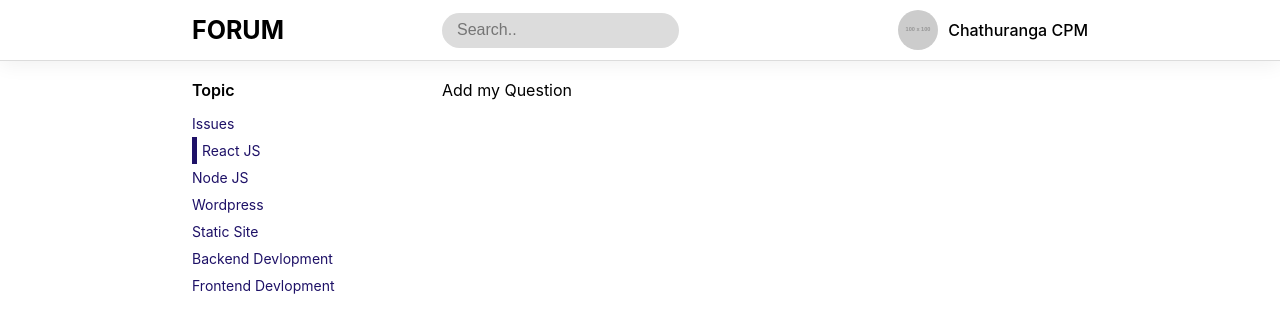
Repository: ChathurangaCPM/developer-forum
Page: / (app in client/)
These files come from the project's save history. The page is drawn as it stood at one moment and after the next save; the edit follows.
The browser window is 1280 px wide. The pictures show the whole page.
The project was rebuilt for these pictures with package versions that can differ from the ones it lists, and the page was loaded fresh each time.

Above is the page before, as saved 2022-05-09 21:14:02.

### client/public/index.html
<!DOCTYPE html>
<html lang="en">
  <head>
    <meta charset="utf-8" />
    <link rel="icon" href="%PUBLIC_URL%/favicon.ico" />
    <meta name="viewport" content="width=device-width, initial-scale=1" />
    <meta name="theme-color" content="#000000" />
    <meta
      name="description"
      content="Web site created using create-react-app"
    />
    <link rel="apple-touch-icon" href="%PUBLIC_URL%/logo192.png" />
    <link rel="manifest" href="%PUBLIC_URL%/manifest.json" />

    <title>React App</title>
  </head>
  <body>
    <noscript>You need to enable JavaScript to run this app.</noscript>
    <div id="root"></div>

  </body>
</html>

### client/src/App.js
import MainHeader from "./components/MainHeader/MainHeader";
import SideBar from "./components/SideBar/SideBar";
import './App.min.css';
import AddQuestion from "./components/AddQuestion/AddQuestion";

function App() {
	return (
		<div className="main_wrapper">
			<MainHeader/>
			<div className="wrap_inner_data">
				<div className="side_bar">
					<SideBar/>
				</div>
				<div className="main_content_area">
					<AddQuestion/>
				</div>
			</div>
		</div>
	);
}

export default App;

### client/src/components/MainHeader/MainHeader.js
import React from 'react';
import { Link } from 'react-router-dom';
import '../../scss/componets/MainHeader/MainHeader.min.css';

function MainHeader() {
	return (
		<div className="main_header">
			<div className="wrap_middle">

				<div className="main_logo">
					<span>FORUM</span>
				</div>


				<div className="search_form">
					<form method="">
						<input type="search" placeholder="Search.."/>
					</form>
				</div>

				<div className="user_pro">
					<img src="//dummyimage.com/100x100/000/fff"/>
					<span>Chathuranga CPM</span>
				</div>
			</div>
		</div>
	);
}

export default MainHeader;

### client/src/components/SideBar/SideBar.js
import '../../scss/componets/SideBar/SideBar.min.css';

function SideBar() {
	return (
		<div className="main_sidebar_wrapper">
			<div className="menu_area">
				<span className="title">Topic</span>
                <ul>
                    <li>Issues</li>
                    <li className="active">React JS</li>
                    <li>Node JS</li>
                    <li>Wordpress</li>
                    <li>Static Site</li>
                    <li>Backend Devlopment</li>
                    <li>Frontend Devlopment</li>
                </ul>
            </div>
		</div>
	);
}

export default SideBar;

### client/src/App.min.css
:root{--primary-color: rgb(30, 17, 103);--secondary-color: #ddd;--border-color: #dcdcdc}.main_wrapper{padding-top:80px}.main_wrapper .wrap_inner_data{display:-webkit-box;display:-ms-flexbox;display:flex;-ms-flex-wrap:wrap;flex-wrap:wrap;max-width:70%;margin:0 auto}.main_wrapper .wrap_inner_data .side_bar{width:250px}.main_wrapper .wrap_inner_data .main_content_area{width:calc(100% - 250px)}img{width:100%}

### client/src/components/AddQuestion/AddQuestion.js

function AddQuestion() {
	return (
		<div className="AddQuestion_wrapper">
			Add my Question
		</div>
	);
}

export default AddQuestion;

### client/src/scss/componets/MainHeader/MainHeader.min.css
.main_header{padding:10px 0;border-bottom:1px solid var(--border-color);-webkit-box-shadow:0px 4px 20px 0px rgba(0,0,0,0.06);box-shadow:0px 4px 20px 0px rgba(0,0,0,0.06);position:fixed;top:0;width:100%;z-index:10px;background:#fff}.main_header .wrap_middle{max-width:70%;margin:0 auto;display:-webkit-box;display:-ms-flexbox;display:flex;-webkit-box-align:center;-ms-flex-align:center;align-items:center}.main_header .wrap_middle .main_logo{width:250px}.main_header .wrap_middle .main_logo span{font-size:25px;font-weight:bold;text-transform:uppercase}.main_header .wrap_middle .search_form{width:calc(100% - 500px)}.main_header .wrap_middle .search_form input{border:none;font-size:16px;line-height:16px;height:35px;border-radius:20px;outline:none;background:var(--border-color);padding:0 15px}.main_header .wrap_middle .user_pro{width:250px;display:-webkit-box;display:-ms-flexbox;display:flex;-webkit-box-align:center;-ms-flex-align:center;align-items:center;-webkit-box-pack:end;-ms-flex-pack:end;justify-content:flex-end}.main_header .wrap_middle .user_pro img{width:40px;height:40px;border-radius:100%;overflow:hidden}.main_header .wrap_middle .user_pro span{padding-left:10px;font-weight:500}

### client/src/scss/componets/SideBar/SideBar.min.css
.main_sidebar_wrapper .menu_area span.title{font-weight:600;display:block;margin-bottom:10px}.main_sidebar_wrapper .menu_area ul{padding:0;list-style:none;margin:0}.main_sidebar_wrapper .menu_area ul li{color:var(--primary-color);padding:5px 0;font-size:14px;-webkit-transition:all 0.3s ease-in-out;transition:all 0.3s ease-in-out;border-left-width:0}.main_sidebar_wrapper .menu_area ul li:hover,.main_sidebar_wrapper .menu_area ul li.active{border-left:5px solid var(--primary-color);padding-left:5px;-webkit-transition:all 0.3s ease-in-out;transition:all 0.3s ease-in-out;cursor:pointer}

Loaded but not shown: client/src/index.js (common file); client/src/index.css (common file); client/src/reportWebVitals.js (common file)

After the next save:
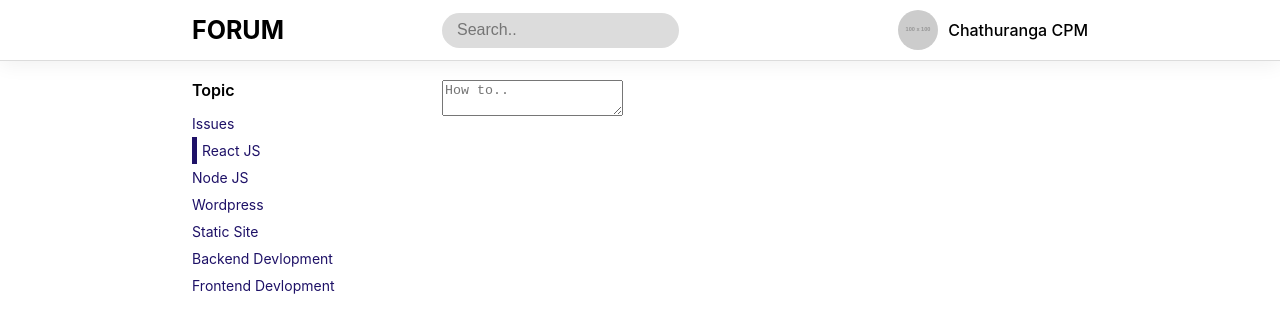
Saved 32 s later.
--- a/client/src/components/AddQuestion/AddQuestion.js
+++ b/client/src/components/AddQuestion/AddQuestion.js
@@ -2,7 +2,9 @@
 function AddQuestion() {
 	return (
 		<div className="AddQuestion_wrapper">
-			Add my Question
+			<form >
+                <textarea placeholder="How to.."></textarea>
+            </form>
 		</div>
 	);
 }
